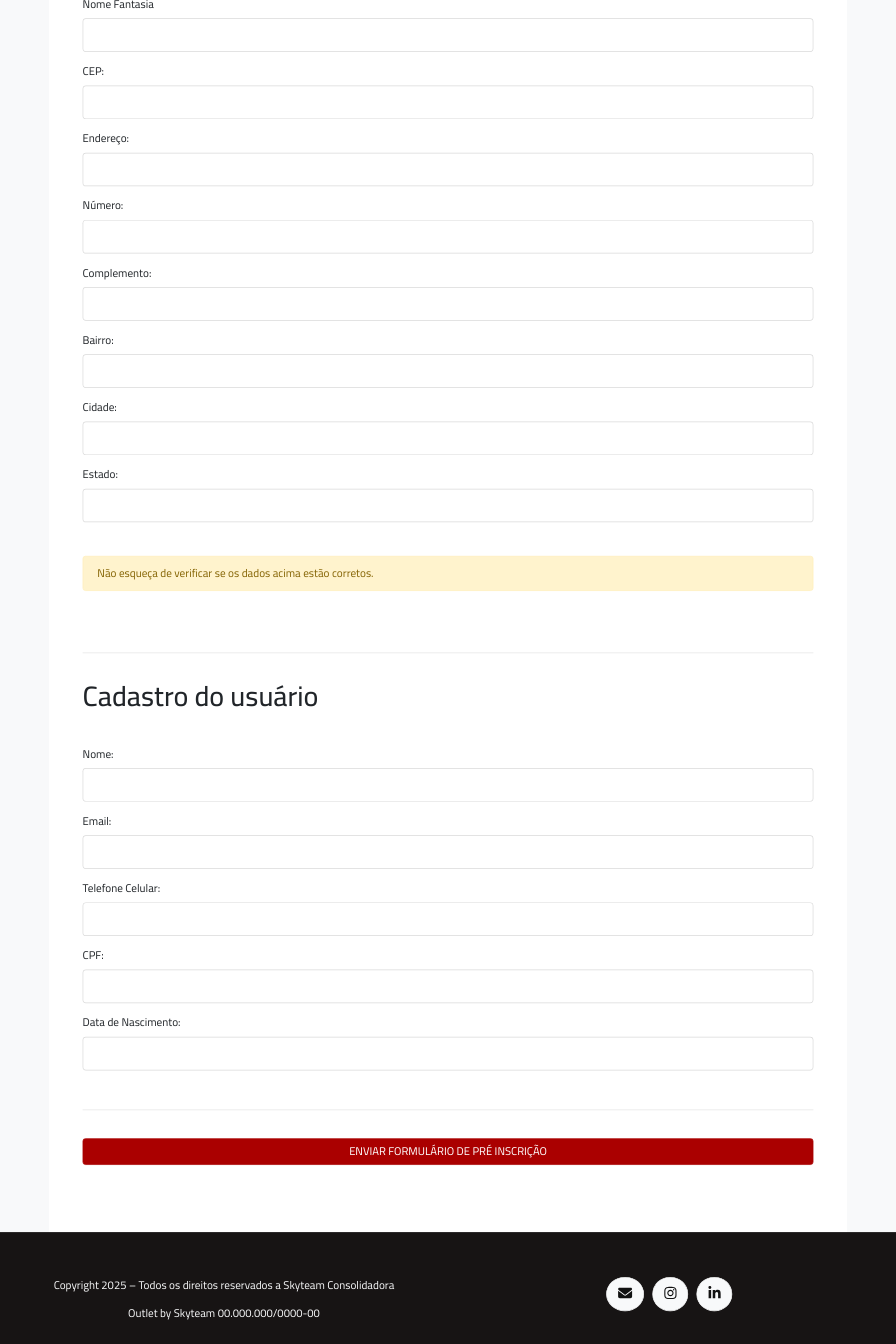
Repository: SkyTeam-Dev/Outlet_Site
Page: Site/Template_Page.html
These files come from the project's save history. The page is drawn as it stood at one moment and after the next save; the edit follows.
The browser window is 1280 px wide. The pictures show the part of the page from y = 953 to 2873 px (the page is 2873 px tall before and 2841 px after), at 70% of full size.
Some web libraries are served in a nearby version.

Above is the page before, as saved 2025-03-25 19:20:06.

After the next save:
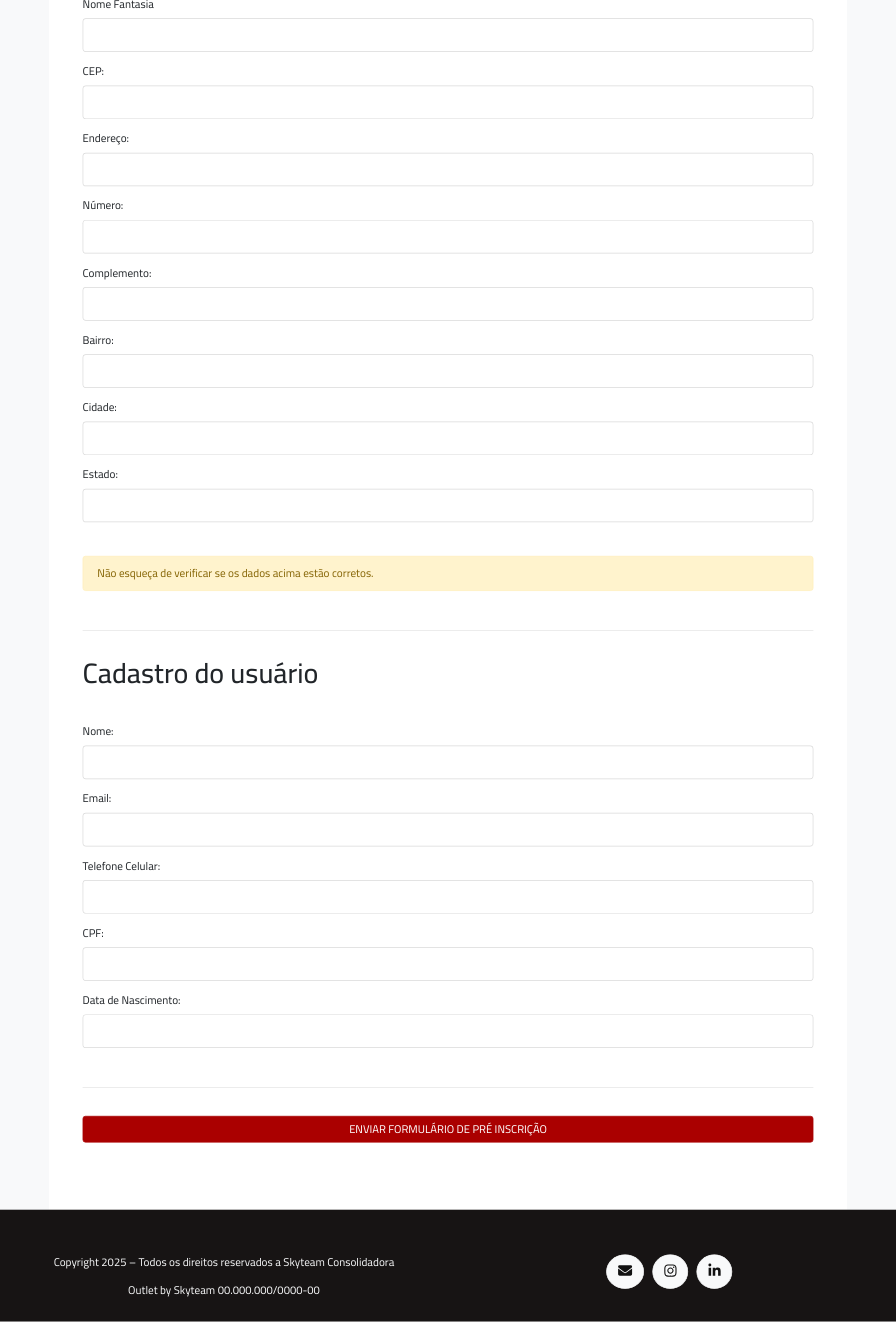
Saved 24 s later.
--- a/Site/Template_Page.html
+++ b/Site/Template_Page.html
@@ -327,7 +327,7 @@
                                         id="ibge" size="8" />
                                 </div>
 
-                                <div class="mt-5 mb-5 alert alert-warning" role="alert">
+                                <div class="mt-5 alert alert-warning" role="alert">
                                     Não esqueça de verificar se os dados acima estão corretos.
                                   </div>
 
